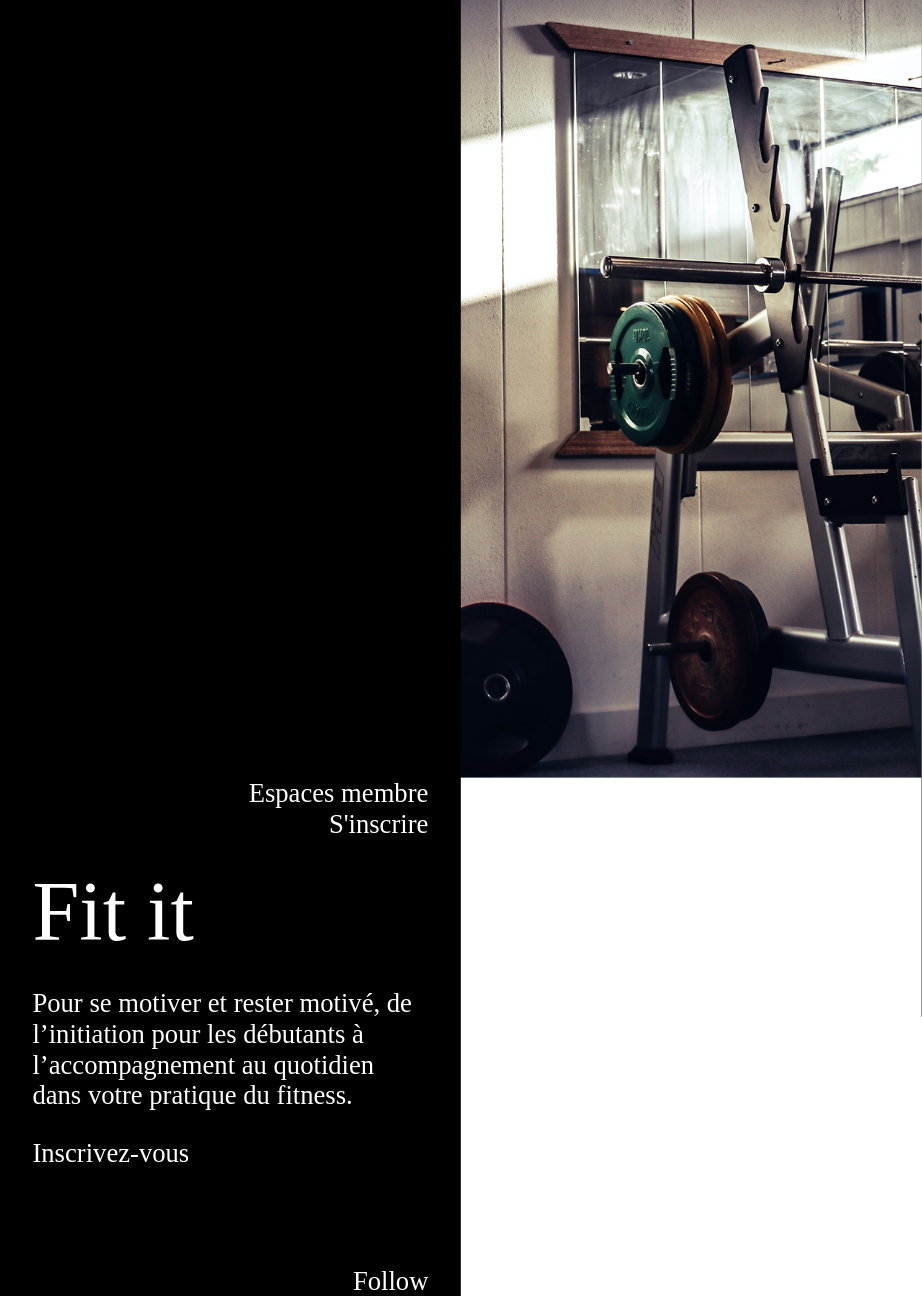
Repository: Mini-T/php-propre
Page: http://localhost/
An editor plug-in stored every save of this project. The page is shown before and after the next save, followed by the edit.
The browser window is 1280 px wide. The pictures show the whole page, at 72% of full size.
The page is run by PHP 8.4 with error messages shown; the project is at /var/www/html/.

Above is the page before, as saved 2021-03-25 10:49:54.

### Partiel/index.php
<!DOCTYPE html>
<html lang="en">

<head>
    <meta charset="UTF-8">
    <meta http-equiv="X-UA-Compatible" content="IE=edge">
    <meta name="viewport" content="width=device-width, initial-scale=1.0">
    <title>Document</title>
    <link rel="stylesheet" href="main.css">
</head>

<body>
    <div id="main">
        <header id="image">
            <div id="overlay">


                <div class="frat"></div>

                <div class="fratt">
                    <div id="row1">
                        <a href="#">Espaces membre</a>
                        <br>
                        <a href="#">S'inscrire</a>
                    </div>
                    <div id="row2">
                        <h1 id="titre">Fit it</h1>
                        <p class="text">Pour se motiver et rester motivé, de l’initiation
                            pour les débutants à l’accompagnement au
                            quotidien dans votre pratique du fitness.</p>
                        <a href="#" class="text">Inscrivez-vous</a>
                    </div>
                    <div id="row3"><a href="" class="text" id="follow">Follow</a></div>
                </div>
            </div>
        </header>
    </div>
</body>

</html>

### Partiel/main.css
#main{
    display: flex;
}
body{
    overflow: hidden;
    margin: 0px;
}
a{
    text-decoration: none;
    color: unset;
}

#image{
    background-image: url('fond-normal-size.jpg');
    color: white;
    font-family: kanit;
    display: grid;
    max-width: 1920px;
    grid-template-columns: 1fr 1Fr;
    width: 100vw;
    height: 1080px;
    flex-direction: column;
}
.center{
    background: black;
    align-self: center;
}
.topright{
    background: black;
    font-size: 37px;
    text-align: right;
    margin-bottom: 243px;
}
#titre{
    margin: 0px;
    font-family: kanit medium;
    font-weight: normal;
    font-size: 117px;
    text-align: left;
}
.text{
    font-size: 37px;
    font-family: Sohne-Leicht ;
}
#follow{
    text-align: right;
    height: fit-content;
    text-align: right;
}

.frat{
    width: 100%;
    height: 1080px;

}
.fratt{
    padding: 0px 45px  0px 45px;
    max-height: 1080px;
    height: 100vh;
    display: grid;
    grid-template-rows: 1fr 4fr 1fr ;



}
#row1{
    font-size: 37px;
    text-align: right;
}
#row2{

        height: fit-content
}
#row3{
    height: 100%;
    display: flex;
    flex-direction: column;
    justify-content: flex-end;
    align-content: flex-end;
}
#overlay {
    background-color: black;
}

After the next save:
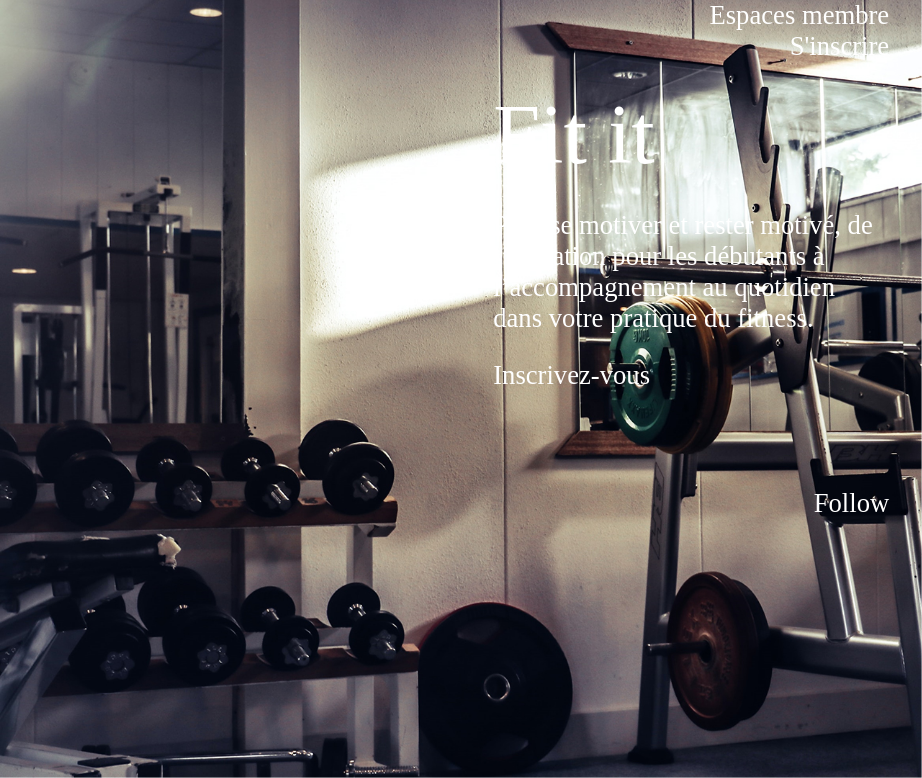
Saved 54 s later.
--- a/Partiel/index.php
+++ b/Partiel/index.php
@@ -12,7 +12,7 @@
 <body>
     <div id="main">
         <header id="image">
-            <div id="overlay">
+
 
 
                 <div class="frat"></div>
@@ -32,7 +32,7 @@
                     </div>
                     <div id="row3"><a href="" class="text" id="follow">Follow</a></div>
                 </div>
-            </div>
+
         </header>
     </div>
 </body>
